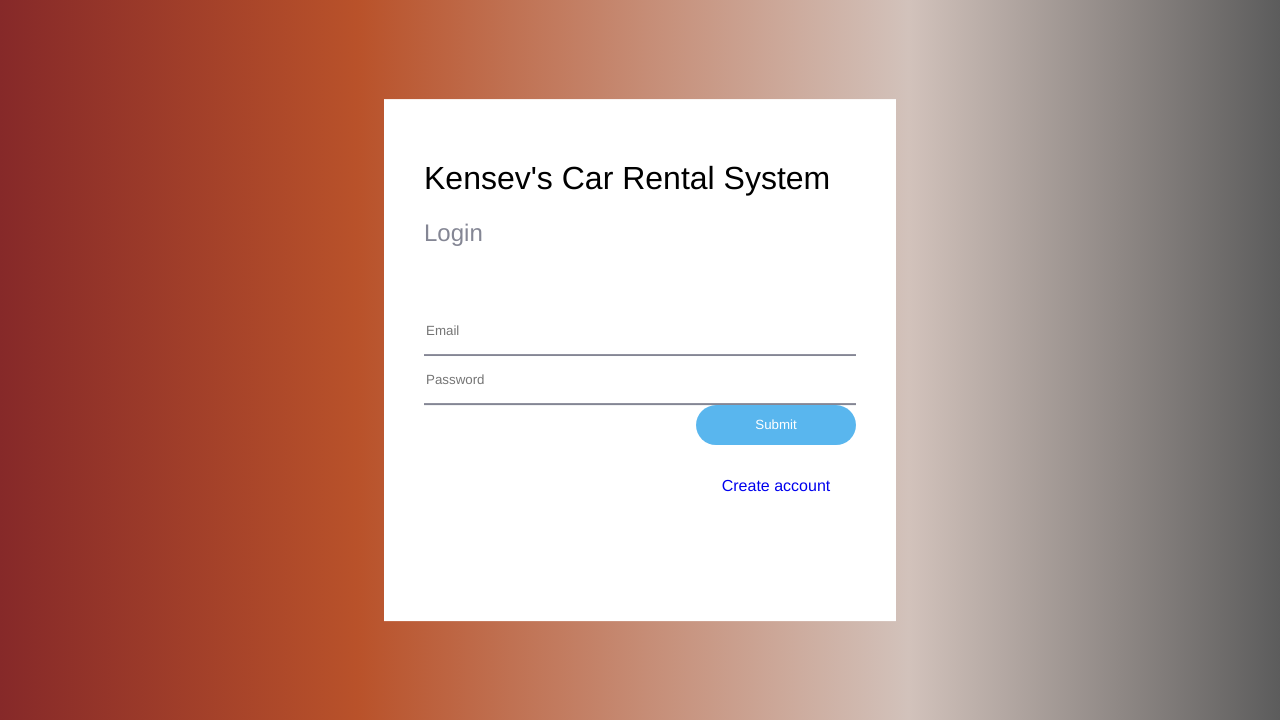
Repository: kensevv/nevexisDemos
Page: http://localhost/Car_Rental_Management_System/login.jsp
An editor plug-in stored every save of this project. The page is shown before and after the next save, followed by the edit.
The browser window is 1280 px wide. The pictures show the whole page.
The page is served by Tomcat 9. Nobody is signed in. The application's start-up code is not run.

Above is the page before, as saved 2021-03-25 22:39:46.

After the next save:
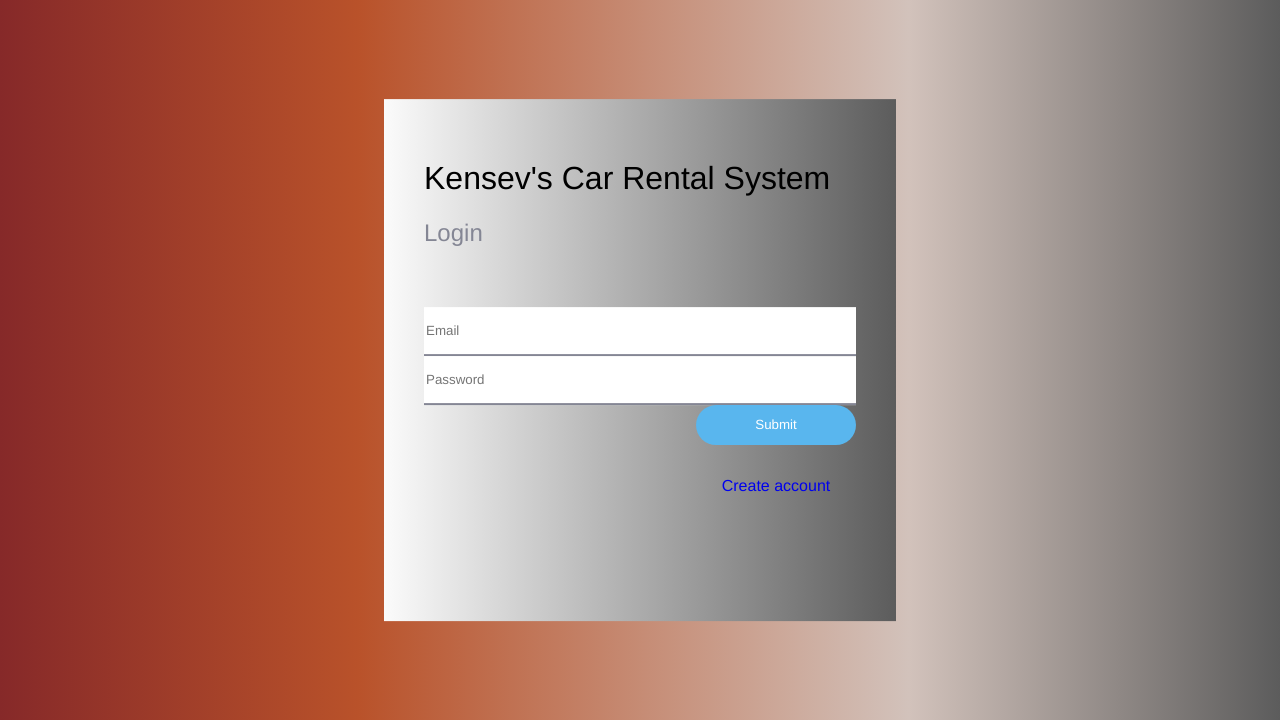
Saved 79 s later.
--- a/Car_Rental_Management_System/src/main/webapp/css/loginStyle.css
+++ b/Car_Rental_Management_System/src/main/webapp/css/loginStyle.css
@@ -14,7 +14,7 @@ div.FormBox{
     left: 50%;
     margin-right: -50%;
     transform: translate(-50%, -50%);
-    background: white;
+    background: linear-gradient(90deg, rgba(251,251,251,1) 0%, rgba(92,92,92,1) 100%);
     max-width: 32rem;
     width: 90%;
 }
